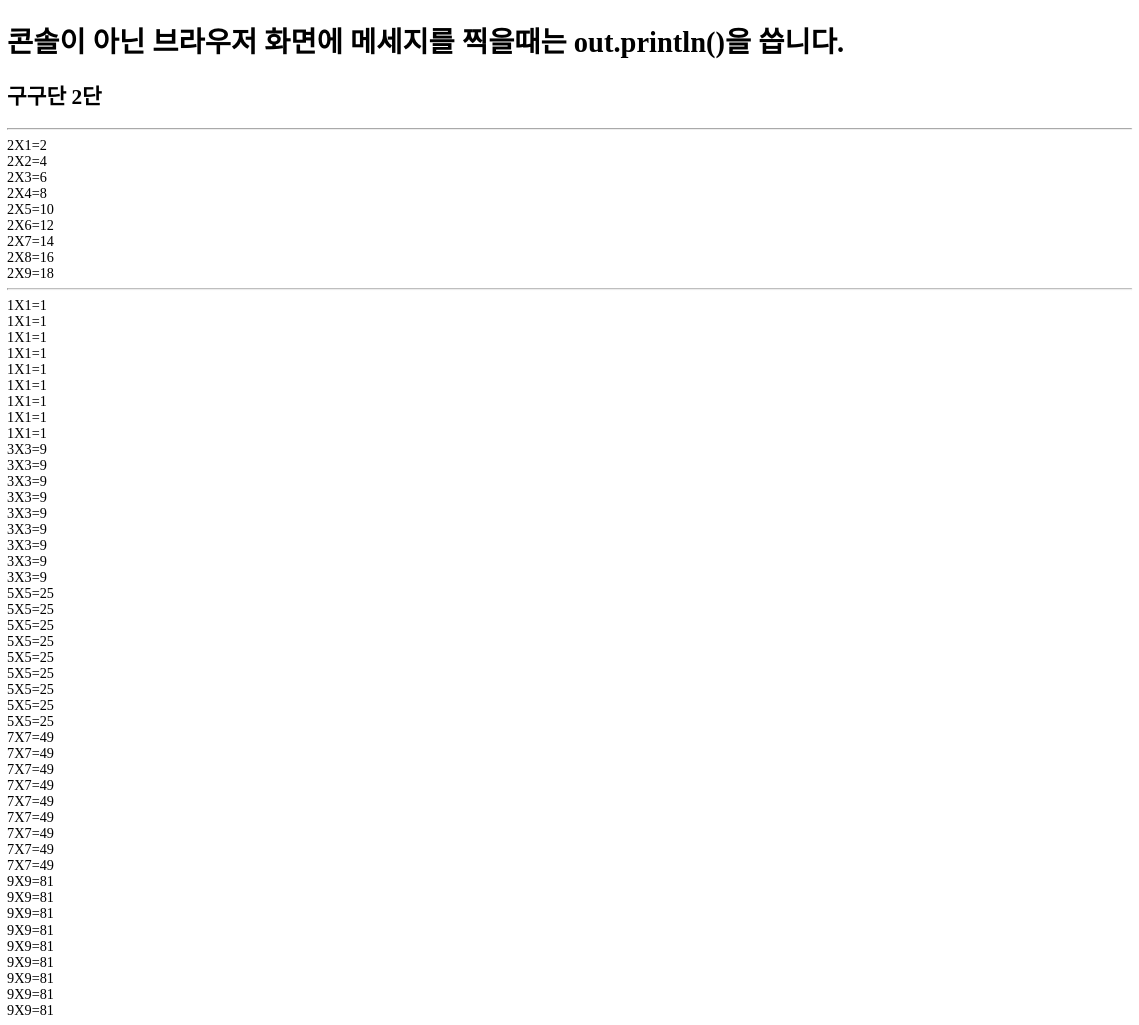
Repository: gowjd4419/jsp
Page: http://localhost/JSPBasic/jsptag/scriptlet.jsp
The author's editor kept a copy of each file at every save. The page is drawn from the files as they stood at one save, then again after the next save.
The browser window is 1280 px wide. The pictures show the whole page, at 89% of full size.
The page is served by Tomcat 9.

Above is the page before, as saved 2022-03-22 11:49:29.

### JSPBasic/src/main/webapp/jsptag/scriptlet.jsp
<%@ page language="java" contentType="text/html; charset=UTF-8"
    pageEncoding="UTF-8"%>
<!DOCTYPE html>
<html>
<head>
<meta charset="UTF-8">
<title>Insert title here</title>
</head>
<body>
    <% System.out.println("<h1>콘솔에 메세지를 찍을때는 System.out.println()을 씁니다.</h1>");
    out.println("<h1>콘솔이 아닌 브라우저 화면에 메세지를 찍을때는 out.println()을 씁니다.</h1>");%>
    <h2>구구단 2단</h2><hr>
    <%
       // 구구단 2단을 브라우저에 출력하기
       for(int i = 1; i <=9; i++){
            out.println(2+"X"+i+"="+i*2+"<br>");
       }
     %>
     <hr>
     <!-- 반복문과 조건문을 이용하여 구구단 홀수단(3,5,7,9)을 화면에 출력해보기 -->
     <%
         for(int i = 1; i <=10; i++){
        	 for(int j = 1; j<10; j++){
        	 if(i % 2==0){
        		 continue;
        	 }
        	 out.println(i+"X"+i+"="+i*i+"<br>");
        	 }
         }
     %>

</body>
</html>

After the next save:
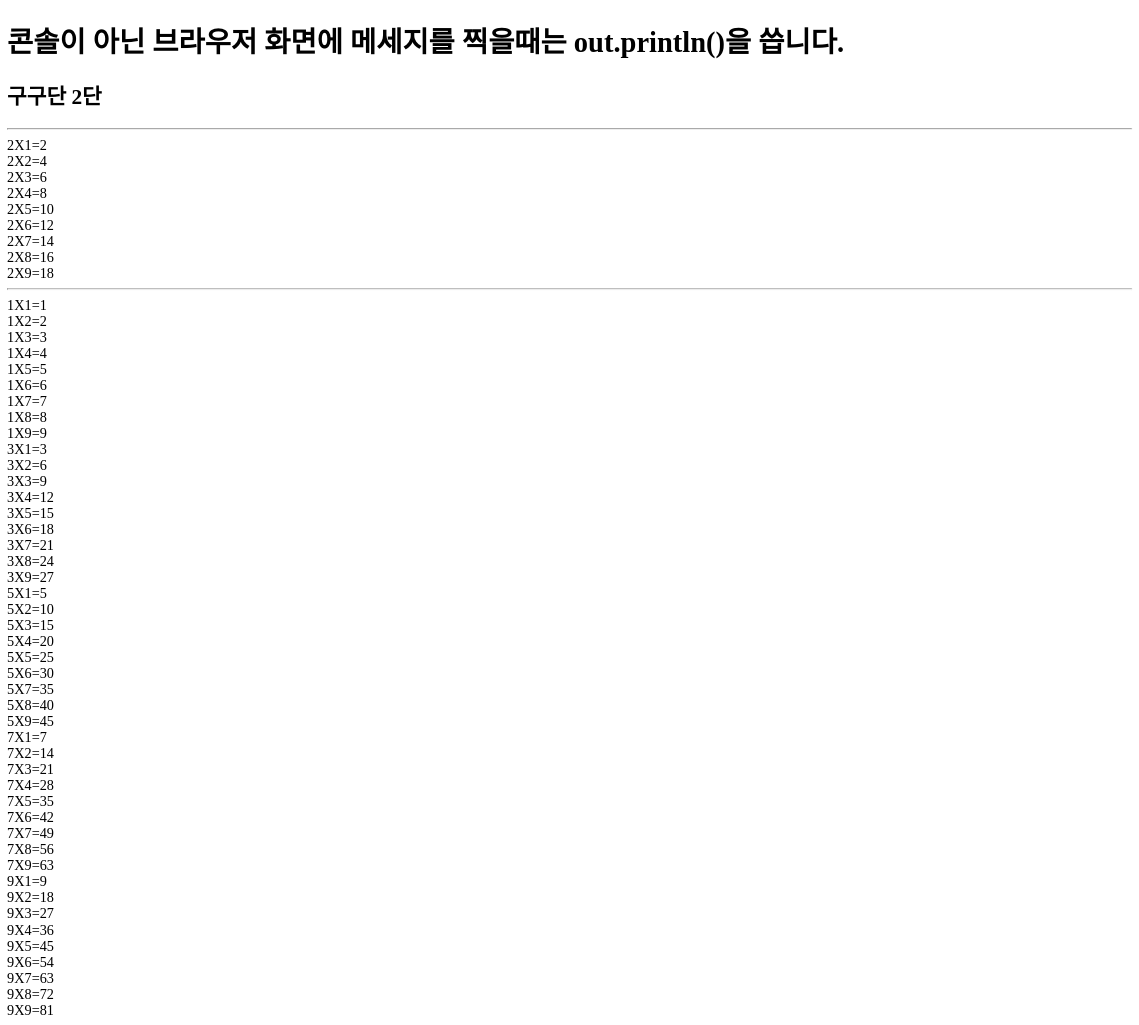
Saved 17 s later.
--- a/JSPBasic/src/main/webapp/jsptag/scriptlet.jsp
+++ b/JSPBasic/src/main/webapp/jsptag/scriptlet.jsp
@@ -24,7 +24,7 @@
         	 if(i % 2==0){
         		 continue;
         	 }
-        	 out.println(i+"X"+i+"="+i*i+"<br>");
+        	 out.println(i+"X"+j+"="+i*j+"<br>");
         	 }
          }
      %>
